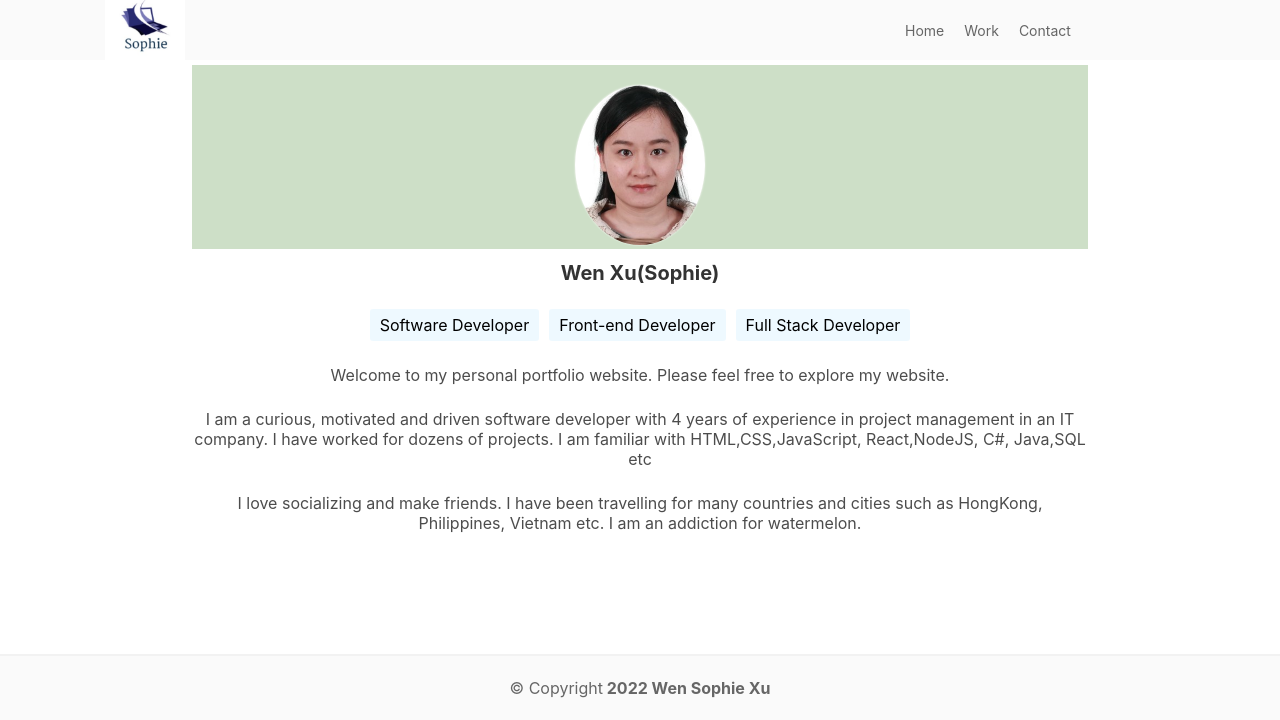
Repository: wenxi0504/myResume_app
Page: /
An editor plug-in stored every save of this project. The page is shown before and after the next save, followed by the edit.
The browser window is 1280 px wide. The pictures show the whole page.
The project was rebuilt for these pictures with package versions that can differ from the ones it lists, and the page was loaded fresh each time. Also part of the build but not shown: src/pages/WorkPage/works.module.scss, src/components/WorkLists/work.module.scss, src/components/WorkLists/index.js, src/pages/WorkPage/index.js, src/pages/Contact/contact.module.scss, src/pages/Contact/index.js.

Above is the page before, as saved 2022-01-04 23:07:13.

### src/index.js
import React from 'react';
import ReactDOM from 'react-dom';
import './index.css';
import App from './pages/App';
import reportWebVitals from './reportWebVitals';
import { BrowserRouter as Router} from 'react-router-dom'



ReactDOM.render(
  <Router>
    <App />
  </Router>,
  document.getElementById('root')
);

// If you want to start measuring performance in your app, pass a function
// to log results (for example: reportWebVitals(console.log))
// or send to an analytics endpoint. Learn more: https://bit.ly/CRA-vitals
reportWebVitals();

### src/index.css
body {
  margin: 0;
  padding: 0;
  font-family: -apple-system, BlinkMacSystemFont, "Segoe UI", "Roboto", "Oxygen",
    "Ubuntu", "Cantarell", "Fira Sans", "Droid Sans", "Helvetica Neue",
    sans-serif;
  -webkit-font-smoothing: antialiased;
  -moz-osx-font-smoothing: grayscale;
}

code {
  font-family: source-code-pro, Menlo, Monaco, Consolas, "Courier New",
    monospace;
}


body, h1, h2, h3, h4, h5, h6, hr, p, blockquote, dl, dt, dd, ul, ol, li, pre, form, fieldset, legend, button, input, textarea, th, td {
  margin:0; padding:0;
}
body, button, input, select, textarea {
  font:12px/1.5tahoma, arial, \5b8b\4f53;
}
h1, h2, h3, h4, h5, h6{
  font-size:100%;
  color:rgb(51, 51, 51);
}
address, cite, dfn, em, var {
  font-style:normal;
}
code, kbd, pre, samp {
  font-family:couriernew, courier, monospace;
}
small{
  font-size:12px;
}
ul, ol {
  list-style:none;

}

a {
  text-decoration:none;
}

sup {
  vertical-align:text-top;
}
sub{
  vertical-align:text-bottom;
}
legend {
  color:#000;
}
fieldset, img {
  border:0;
}
button, input, select, textarea {
  font-size:100%;
}
table {
  border-collapse:collapse; border-spacing:0;
}


html,body,#root{
   width: 100%;
   height: 100%;
}

code {
  font-family: source-code-pro, Menlo, Monaco, Consolas, "Courier New",
    monospace;
}

### src/pages/App.js
import logo from "./logo.svg";
import styles from "./App.module.scss";
import { Link, Routes, Route } from "react-router-dom";
import HomePage from "./HomePage";
import WorkPage from "./WorkPage";
import Contact from "./Contact";
function App() {
  //get value of location

  return (
    <div className={styles.App}>
      {/*Header*/}
      <header className={styles.header}>
        <div className={styles.box}>
          <Link to="/">
            <div className={styles.boxleft}>
              <img src={require("../../src/assets/images/logo.jpg")} alt="sophie"/>
            </div>
          </Link>
          <div className={styles.boxright}>
            <Link to="/">
              <p>Home</p>
            </Link>
            <Link to="/works">
              <p>Work</p>
            </Link>
            <Link to="/contact">
              <p>Contact</p>
            </Link>
          </div>
        </div>
      </header>

      {/* Content */}
      <section className={styles.content}>
        <div>
          <Routes>
            <Route path="/" exact element={<HomePage />} />
            <Route path="/works" exact element={<WorkPage />} />
            <Route path="/contact" exact element={<Contact />} />
          </Routes>
        </div>
      </section>

      {/*footer*/}
      <footer className={styles.footer}>
        <p>
          © Copyright<b> 2022 Wen Sophie Xu</b>
        </p>
      </footer>
    </div>
  );
}

export default App;

### src/pages/App.module.scss
.App {
  display: flex;
  min-height: 100vh;
  flex-direction: column;
  .content {
    flex: 1;
    text-align: center;
  }
  .header {
    background-color: rgb(250, 250, 250);
    height: 60px;
    .selected {
      color: #333 !important;
      padding-bottom: 5px;
      border-bottom: 1.5px solid #333;
    }
    .box {
      width: 70%;
      height: 100%;

      display: flex;
      align-items: center;
      justify-content: space-between;
      a:hover {
        text-decoration: none;
      }
      .boxleft {
        img{
          width:80px;
          height:70px;
          object-fit:cover;
        }
        padding: 0px 5px 0px 100px;
        margin: 10px 5px;
      }


      .boxright {
        display: inline-flex;
        justify-content: flex-start;
        padding: 0px 5px 0px 100px;
        margin: 0px 5px 0px 600px;
        p {
          margin: 0px 10px;
          font-size: 14px;
          color: rgb(102, 102, 102);


        }

      }
      div {
        cursor: pointer;
      }
    }
  }
  .footer {
    text-align: center;
    padding: 20px 0px;
    margin-top: 10px;;
    color: rgb(102, 102, 102);
    background: #fafafa;
    border-top: 2px solid #f2f2f2;
    p {
      padding: 2px 0px;
    }
  }
}

### src/pages/HomePage/index.js
// eslint-disable-next-line no-unused-vars
import React, { Component } from "react";
import styles from "./home.module.scss";

// eslint-disable-next-line import/no-anonymous-default-export
export default () => {
  return (
    <div className={styles.wrap}>
      {/* Personal Info*/}
      <section className={styles.brief}>
        <div  className={styles.backgroundColor}>
        <img
          src={require("../../assets/images/wenxuReact2.jpg")}
          alt="sophie"
        />
        </div>
        <h2>Wen Xu(Sophie)</h2>

        <ul>
          <li>Software Developer</li>
          <li>Front-end Developer</li>
          <li>Full Stack Developer</li>
        </ul>
        <p>
          Welcome to my personal portfolio website. Please feel free to explore
          my website.
        </p>
        <p>
          I am a curious, motivated and driven software developer with 4 years
          of experience in project management in an IT company. I have worked
          for dozens of projects. I am familiar with HTML,CSS,JavaScript,
          React,NodeJS, C#, Java,SQL etc{" "}
        </p>
        <p>
          I love socializing and make friends. I have been travelling for many
          countries and cities such as HongKong, Philippines, Vietnam etc. I am
          an addiction for watermelon.{" "}
        </p>
      </section>
    </div>
  );
};

### src/pages/HomePage/home.module.scss
.wrap {
  flex: 1;
  width: 70%;
  margin: 5px auto;
  .brief {
    text-align: center;

    h2 {
      padding: 12px 0px;
      font-size: 20px;
    }
    .backgroundColor{
background:#cddfc7;
img {
  width: 130px;
  height: 160px;
  border-radius: 50%;
  overflow: hidden;
  margin-top: 20px;
  box-shadow: 0px 0px 2px 0px rgb(253, 251, 251);

}
img:hover {
  box-shadow: 0px 0px 15px 3px rgb(246, 239, 233);
}
    }



    ul {
      display: flex;
      justify-content: center;
      li {
        padding: 6px 10px;
        background: rgba(87, 199, 255, 0.1);
        margin: 12px 5px;
        border-radius: 3px;
      }
    }

    p {
      padding: 12px 0px;
      color: rgba(0, 0, 0, 0.7);
    }
  }

  .work {
    text-align: center;
    padding-top: 40px;
    padding-bottom: 25px;
    .title {
      h3 {
        font-size: 30px;
        padding-bottom: 12px;
        color: rgba(0, 0, 0, 0.8);
        font-weight: 400;
      }
      p {
        color: rgba(0, 0, 0, 0.7);
      }
    }
  }
}

Loaded but not shown: public/index.html (common file); src/reportWebVitals.js (common file)

After the next save:
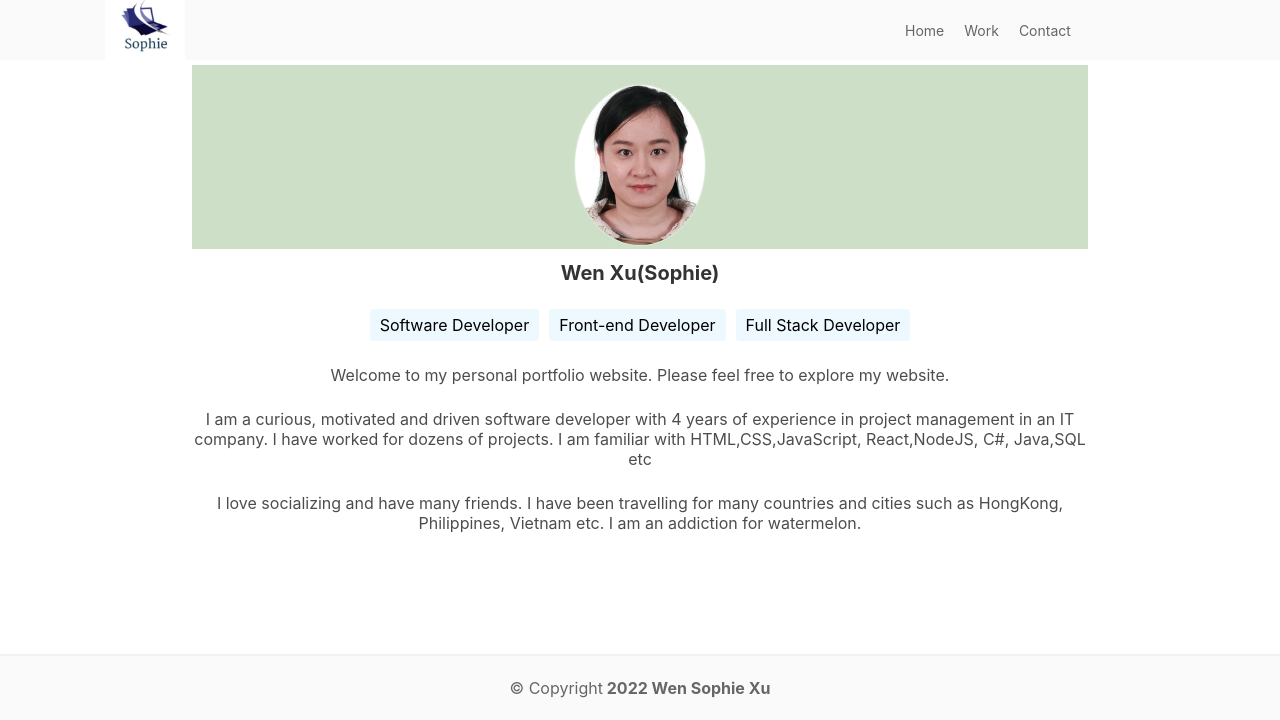
Saved 73 s later.
--- a/src/pages/HomePage/index.js
+++ b/src/pages/HomePage/index.js
@@ -32,7 +32,7 @@ export default () => {
           React,NodeJS, C#, Java,SQL etc{" "}
         </p>
         <p>
-          I love socializing and make friends. I have been travelling for many
+          I love socializing and have many friends. I have been travelling for many
           countries and cities such as HongKong, Philippines, Vietnam etc. I am
           an addiction for watermelon.{" "}
         </p>
